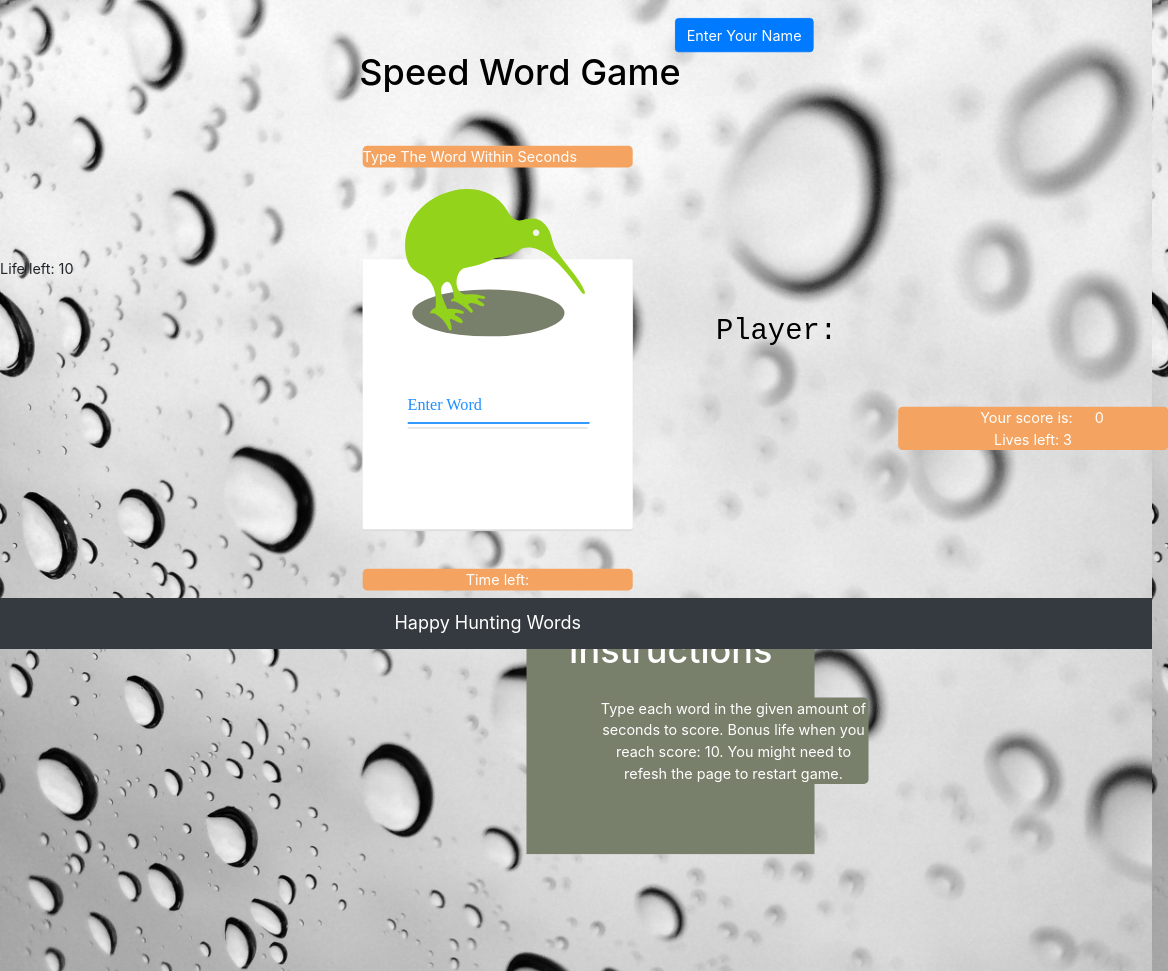
Repository: konstantin0s/word-game-project
Page: modal.html
The author's editor kept a copy of each file at every save. The page is drawn from the files as they stood at one save, then again after the next save.
The browser window is 1280 px wide. The page is 1298 px wide, so the pictures cover 1298 px, including what lies to the right of the window. The pictures show the whole page, at 90% of full size.
Backgrounds fixed to the window are drawn as part of the page. Some web libraries are served in a nearby version.

Above is the page before, as saved 2019-02-14 10:41:33.
Console error: SyntaxError: Invalid or unexpected token

After the next save:
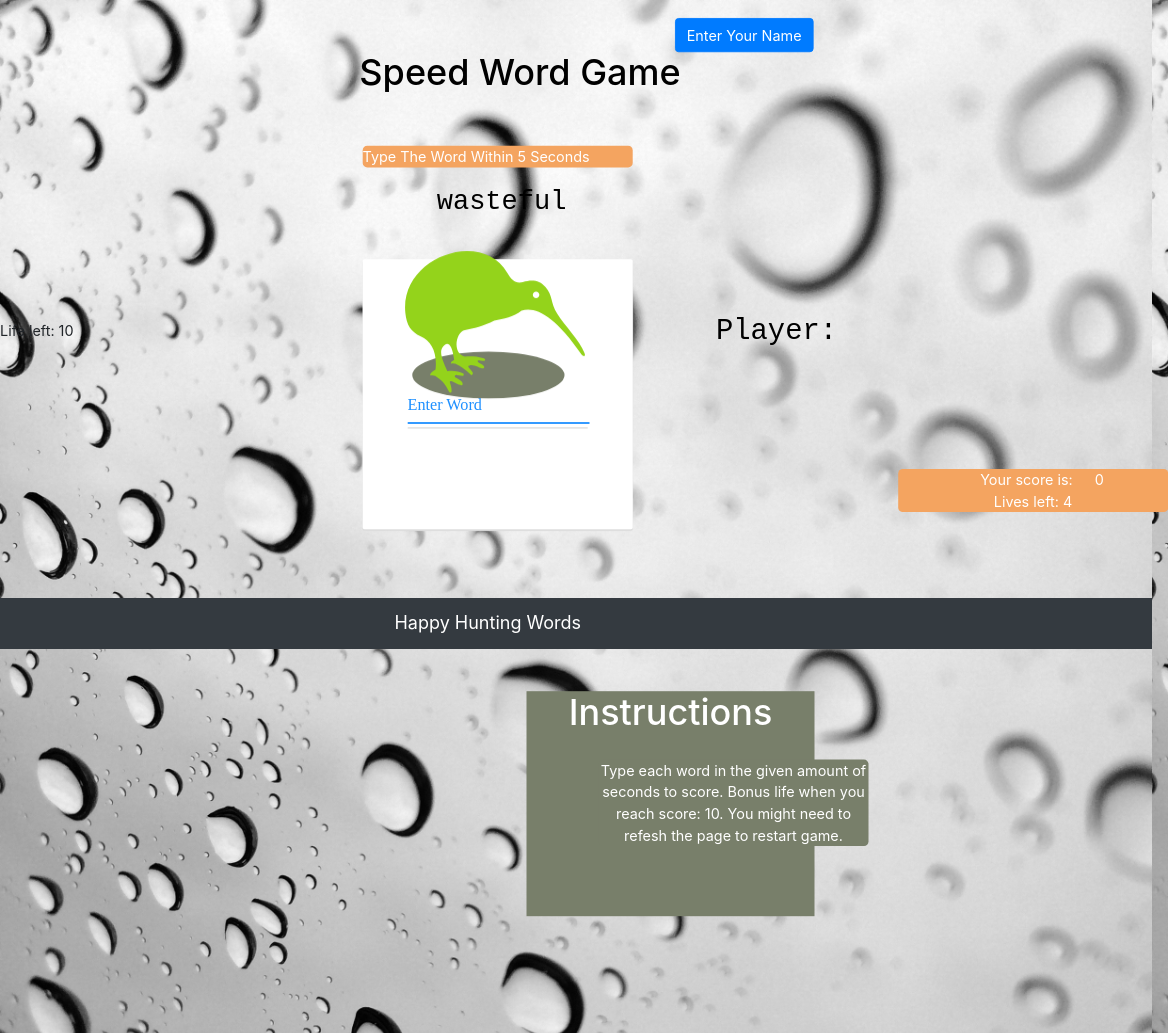
The error is gone.
Saved 14 s later.
--- a/js/main.js
+++ b/js/main.js
@@ -119,8 +119,9 @@ input.addEventListener('keyup',function(e){
          if (searchWord == wordName.innerHTML) {
           corWrong.innerHTML = "Correct!!!"
           wordName.style.height = "40px";
-           wordName.style.backgroundColor = "yellow"'
+           wordName.style.backgroundColor = "yellow";
            score++;
+           enemy--;
            addScore.textContent = score;
            flag = true;
            if (score >= 10 && score <= 11) {
